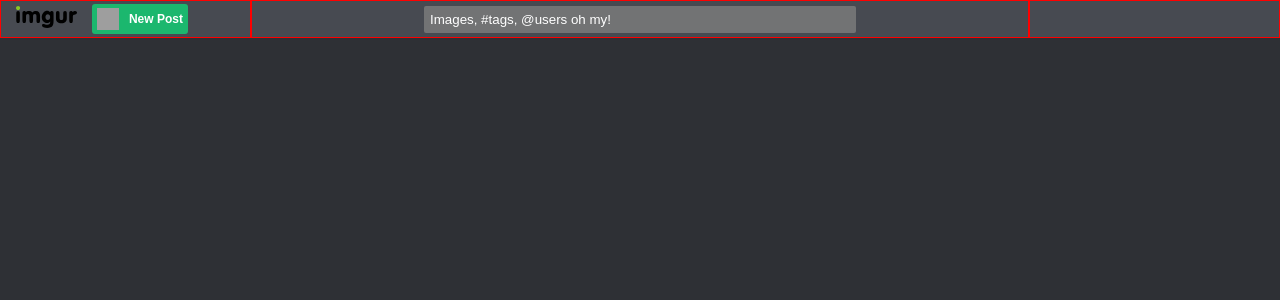
Repository: abhishek-hero/Revision
Page: Day1/Imgur_clone/Html/index.html
The author's editor kept a copy of each file at every save. The page is drawn from the files as they stood at one save, then again after the next save.
The browser window is 1280 px wide. The pictures show the whole page.
Pictures or frames that could not be fetched are drawn as grey boxes.

Above is the page before, as saved 2021-12-22 19:23:14.

After the next save:
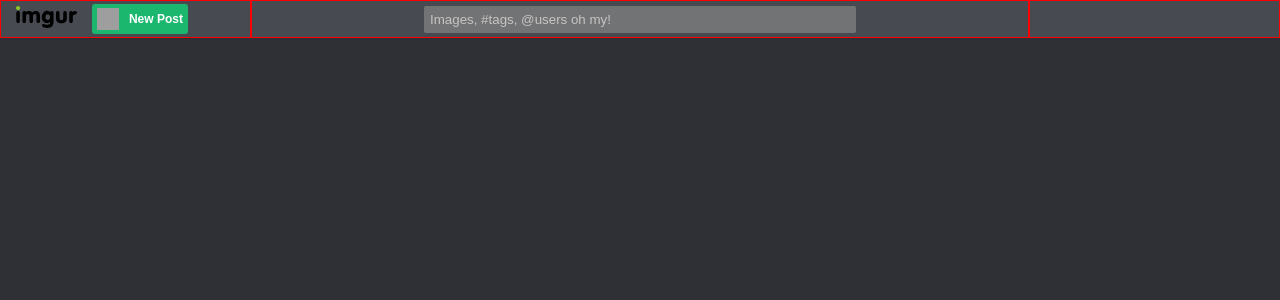
Saved 16 s later.
--- a/Day1/Imgur_clone/Css/style.css
+++ b/Day1/Imgur_clone/Css/style.css
@@ -70,5 +70,5 @@
 }
 
 .search_div input::placeholder {
-    color: #FFFFFF;
+    color: #c7c4c4;
 }
